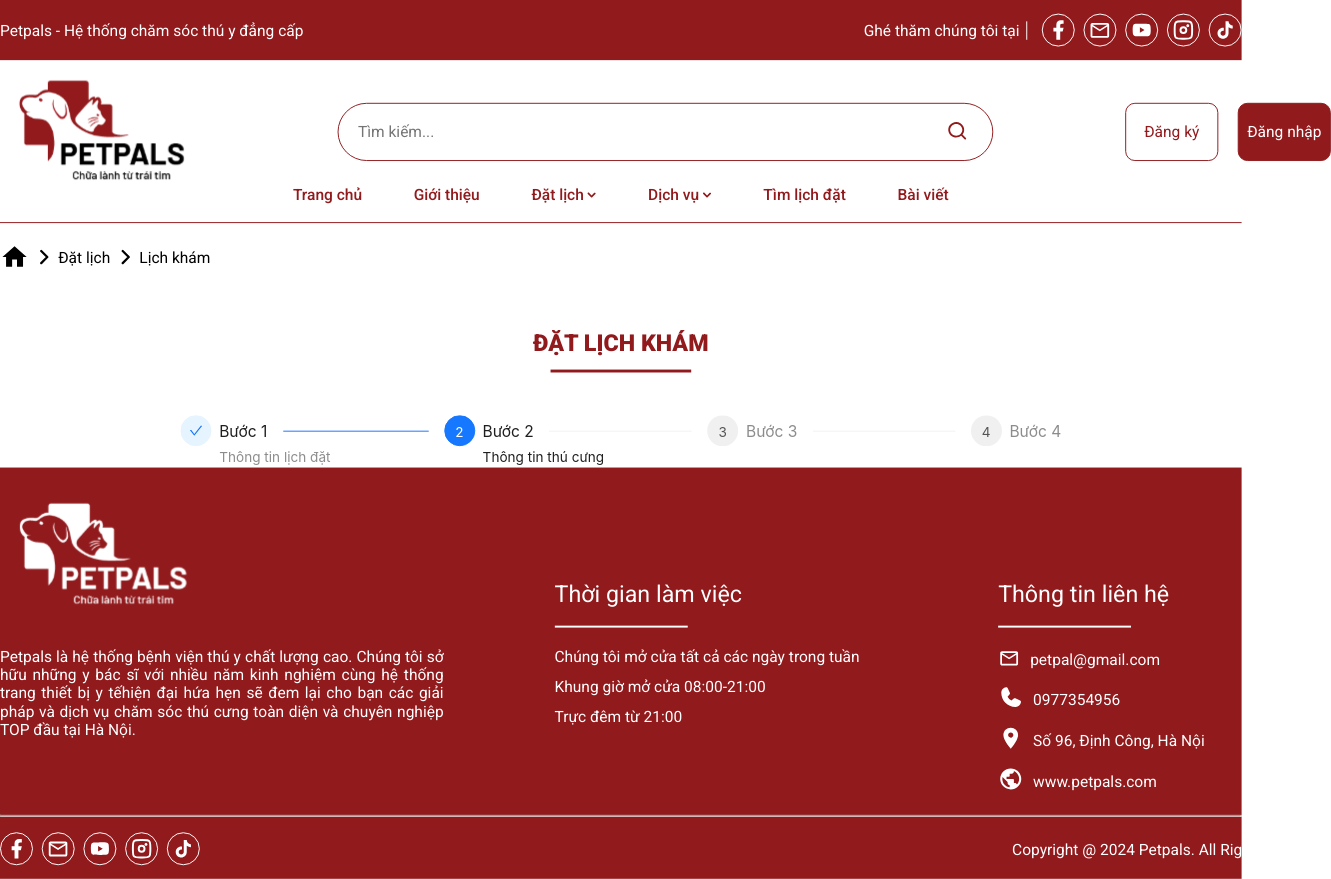
Repository: ahntrung1909/Petpals
Page: /dat-lich/kham-benh (app in petpals-user-main/)
The author's editor kept a copy of each file at every save. The page is drawn from the files as they stood at one save, then again after a run of saves.
The browser window is 1280 px wide. The page is 1372 px wide, so the pictures cover 1372 px, including what lies to the right of the window. The pictures show the whole page, at 97% of full size.
The project was rebuilt for these pictures with package versions that can differ from the ones it lists, and the page was loaded fresh each time. The framework's server and built-in components were replaced by stand-ins that run in the browser. Also part of the build but not shown: petpals-user-main/next.config.js, petpals-user-main/next.config.mjs.

Above is the page before, as saved 2024-04-10 19:30:57.

After the next 2 saves:
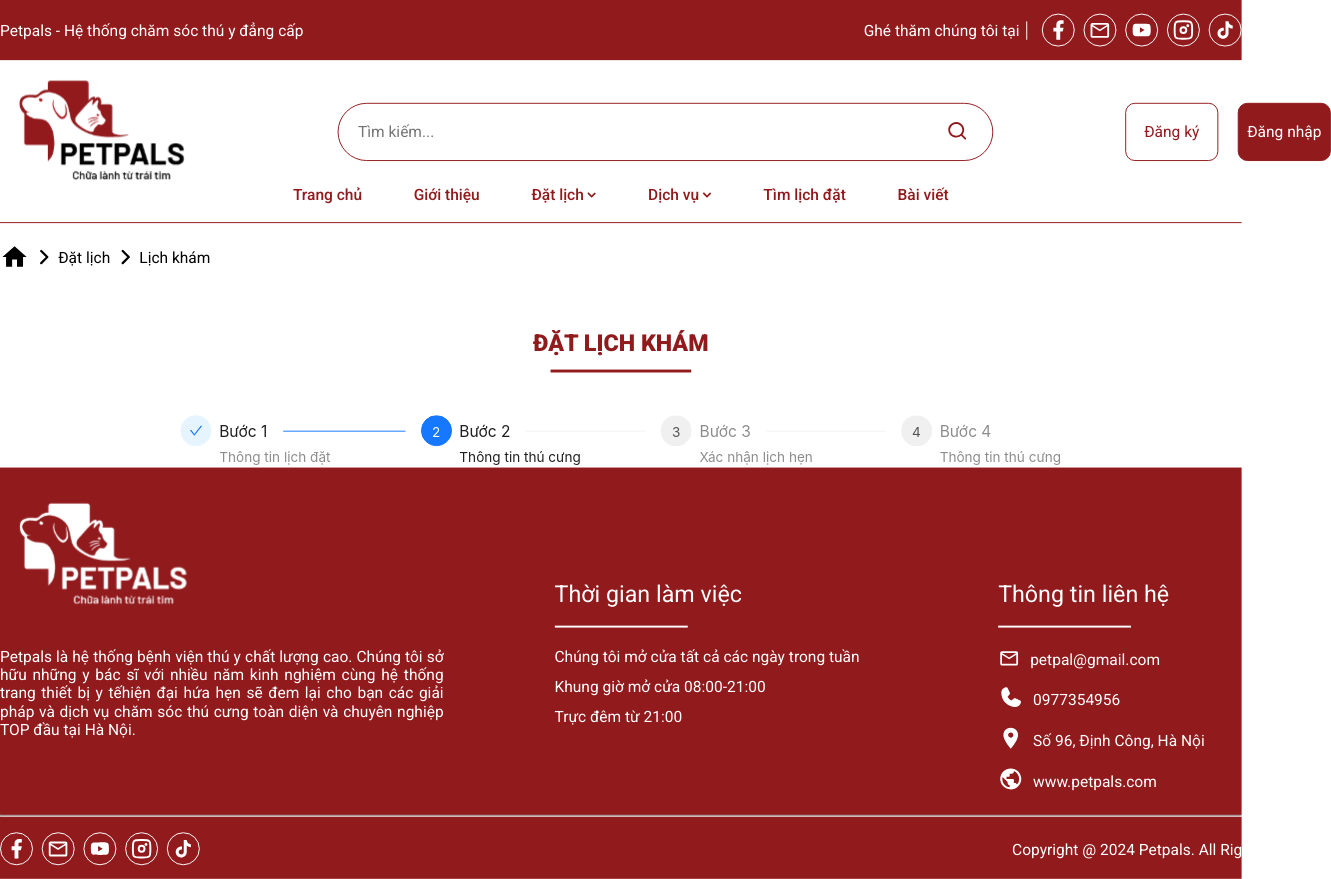
The 2 saves are shown as one change because they came seconds apart.
The last was saved 14 s later.
--- a/petpals-user-main/src/app/dat-lich/kham-benh/page.js
+++ b/petpals-user-main/src/app/dat-lich/kham-benh/page.js
@@ -28,9 +28,11 @@ export default function page() {
               },
               {
                 title: "Bước 3",
+                description: "Xác nhận lịch hẹn",
               },
               {
                 title: "Bước 4",
+                description: "Thông tin thú cưng",
               },
             ]}
           />
